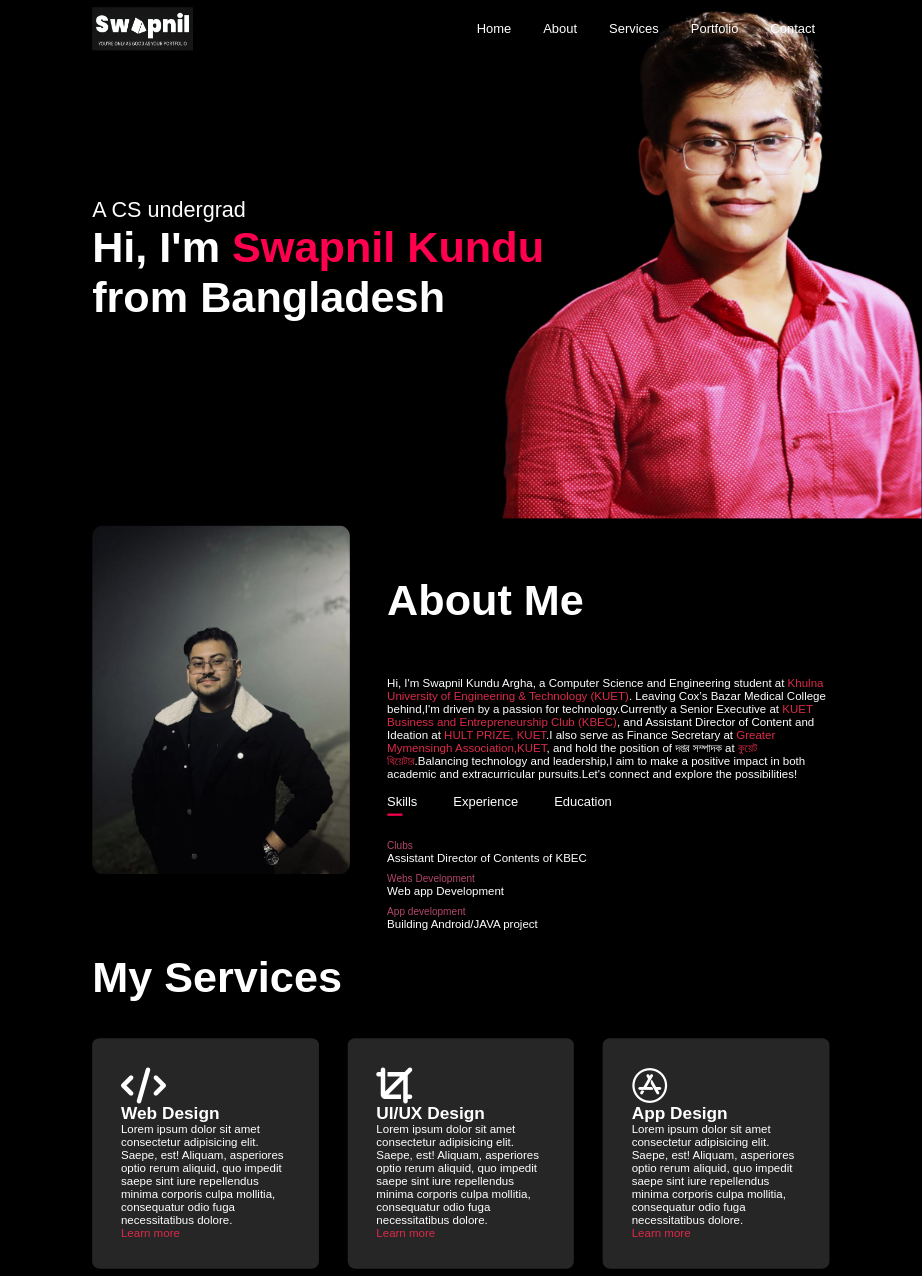
Repository: SwapnilKundu/portfolio
Page: index.html
An editor plug-in stored every save of this project. The page is shown before and after the next save, followed by the edit.
The browser window is 1280 px wide. The pictures show the whole page, at 72% of full size.
Some web libraries are served in a nearby version.

Above is the page before, as saved 2024-01-20 10:18:59.

### index.html
<!DOCTYPE html>
<html lang="en">
<head>
    <meta charset="UTF-8">
    <meta name="viewport" content="width=device-width, initial-scale=1.0">
    <title>Personal Portfolio Website</title>
    <link rel="stylesheet" href="style.css">
    <script src="https://kit.fontawesome.com/74456a4746.js" crossorigin="anonymous"></script>
</head>
<body>
  <div id="header">
    <div class="container">
        <nav>
            <img src="images/logo1.png" class="logo" width="40" height="60">
            <ul>
                <li><a href ="#">Home</a></li>
                <li><a href ="#">About</a></li>
                <li><a href ="#">Services</a></li>
                <li><a href ="#">Portfolio</a></li>
                <li><a href ="#">Contact</a></li>
            </ul>
        </nav>
        <div class="header-text">
            <p>A CS undergrad </p>
            <h1>Hi, I'm <span>Swapnil Kundu</span> <br> from Bangladesh</h1>
        </div>
    </div>
  </div>
  <div id="about">
    <div class="container">
        <div class="row">
            <div class="about-col-1">
                <img src="images/Aboutme4.jpg" alt="Profile Image">
            </div>
            <div class="about-col-2">
                <h1 class="sub-title"><br>About Me</h1>
                <p>
                    <br><br><br><br>Hi, I'm Swapnil Kundu Argha, a Computer Science and Engineering student at <a href="http://www.kuet.ac.bd/" target="_blank">Khulna University of Engineering & Technology (KUET)</a>. Leaving Cox’s Bazar Medical College behind,I'm driven by a passion for technology.Currently a Senior Executive at <a href="https://www.facebook.com/KBEC.official">KUET Business and Entrepreneurship Club (KBEC)</a>, and Assistant Director of Content and Ideation at <a href="https://scontent.fjsr8-1.fna.fbcdn.net/v/t39.30808-6/414475463_878653704262850_605489790676270348_n.jpg?_nc_cat=106&ccb=1-7&_nc_sid=dd5e9f&_nc_eui2=AeG7qaCzWQGluZMTMKWtrD6ipcnI0dawWuilycjR1rBa6PLkHzdtJERiOyrmRQaxy3TT_q5vz9qIQ5m4l8xfiGP6&_nc_ohc=qg8Pu4EAUVYAX9avaA_&_nc_ht=scontent.fjsr8-1.fna&oh=00_AfBZ6Lqa5248mqS64WxhR3KxGRhN1UCrqkgUgA0V5dsZlw&oe=65AF45DF">HULT PRIZE, KUET</a>.I also serve as Finance Secretary at <a href="#link-to-GMA">Greater Mymensingh Association,KUET</a>, and hold the position of দপ্তর সম্পাদক at <a href="#link-to-theater">কুয়েট থিয়েটার</a>.Balancing technology and leadership,I aim to make a positive impact in both academic and extracurricular pursuits.Let's connect and explore the possibilities!
                </p>

                <div class="tab-titles">
                    <p class="tab-links active" onclick="opentab('skills')">Skills</p>
                    <p class="tab-links" onclick="opentab('experience')">Experience</p>
                    <p class="tab-links"onclick="opentab('education')">Education</p>
            </div>
            <div class="tab-contents active-tab"id ="skills">
                <ul>
                    <li><span>Clubs</span><br>Assistant Director of Contents of KBEC</li>
                    <li><span>Webs Development</span><br>Web app Development</li>
                    <li><span>App development</span><br>Building Android/JAVA project</li>
                </ul>
            </div>
            <div class="tab-contents" id ="experience">
                <ul>
                    <li><span>2022-Current</span><br>An Active member of KBEC</li>
                    <li><span>2023-Semester 2.2</span><br>App Development by JAVA</li>
                    <li><span>2024-Semester 3.1</span><br>Web Development by HTML,CSS,JAVA</li>
                    <li><span>2022-Current</span><br>An Active member of KBEC</li>

                </ul>
            </div>

            <div class="tab-contents" id ="education">
                <ul>
                    <li><span>2018</span><br>SSC from Mymensingh Zilla School,Mymensingh</li>
                        <li><span>2020</span><br>HSC from Ananda Mohan College,Mymensingh</li>
                        <li><span>From March,2022</span><br>Currently studying BSc in CSE department</li>
                </ul>
            </div>
        </div>
    </div>
  </div>

  <div id="Services">
    <div class ="container">
    <h1 class="sub-title">My Services</h1>
    <div class ="services-list">

        <div>
            <i class="fa-solid fa-code"></i>
            <h2>
                Web Design
            </h2>
            <p>Lorem ipsum dolor sit amet consectetur adipisicing elit. Saepe, est! Aliquam, asperiores optio rerum aliquid, quo impedit saepe sint iure repellendus minima corporis culpa mollitia, consequatur odio fuga necessitatibus dolore.

            </p>
            <a href="#">Learn more</a>
        </div>
        <div>
            <i class="fa-solid fa-crop"></i>
            <h2>
                UI/UX Design
            </h2>
            <p>Lorem ipsum dolor sit amet consectetur adipisicing elit. Saepe, est! Aliquam, asperiores optio rerum aliquid, quo impedit saepe sint iure repellendus minima corporis culpa mollitia, consequatur odio fuga necessitatibus dolore.

            </p>
            <a href="#">Learn more</a>
        </div>
        <div>
            <i class="fa-brands fa-app-store"></i>
            <h2>

                App Design
            </h2>
            <p>Lorem ipsum dolor sit amet consectetur adipisicing elit. Saepe, est! Aliquam, asperiores optio rerum aliquid, quo impedit saepe sint iure repellendus minima corporis culpa mollitia, consequatur odio fuga necessitatibus dolore.

            </p>
            <a href="#">Learn more</a>
        </div>
        </div>
    </div>
  </div>
  <script>
    var tablinks = document.querySelectorAll(".tab-links");
    var tabcontents = document.querySelectorAll(".tab-contents");

    function opentab(tabname) {
        for (tablink of tablinks) {
            tablink.classList.remove("active-link");
        }

        for (tabcontent of tabcontents) {
            tabcontent.classList.remove("active-tab");
        }

        var activeTab = document.getElementById(tabname);
        activeTab.classList.add("active-tab");

        var activeLink = document.querySelector(`.tab-links[data-tab="${tabname}"]`);
        activeLink.classList.add("active-link");
    }
</script>

</body>
</html>

### style.css
*
{
    margin: 0;
    padding: 0;
    font-family: 'Poppins',sans-serif;
    box-sizing: border-box;
}

body
{
    background: #000;
    color: #fff;
}
#header
{
    width: 100%;
    height: 100vh;
    background-image: url(images/ccc2.png);
    background-size: cover;
    background-position: left;
    background-repeat: no-repeat;
    overflow: hidden;
}
.container
{
padding: 10px 10%;
}
nav{
    display: flex;
    align-items: center;
    justify-content: space-between;
    flex-wrap: wrap;
}
.logo{
    width: 140px;
}

nav ul li{
    display:inline-block;
    list-style: none;
    margin: 10px 20px;

}
nav ul li a{
    color: #fff;
    text-decoration:none ;
    font-size: 18px;
    position: relative;
}

nav ul li a::after
{
    content: '';
    width:0;
    height:3px;
    background:#ff004f;
    position: absolute;
    left: 0;
    bottom: -6px;
    transition: 0.5s;

}
nav ul li a:hover::after
{
    width:100%;
}
.header-text{
    margin-top: 20%;
    font-size: 30px;
}
.header-text h1
{
    font-size:60px;
}
.header-text h1 span
{
    color:#ff004f;
}

#about a {
    color: #db2a4a;
    text-decoration: none;
}

#about a:hover {
    color: #ababab;
}
.row
{
    display: flex;
    justify-content: space-between;
    flex-wrap: wrap;
}

.about-col-1{
    flex-basis:35%;
}
.about-col-1 img
{
    width: 100%;
    border-radius: 15px;
}

.about-col-2
{
    flex-basis: 60%;
}

.sub-title
{
    font-size:60px;
    font-weight:600;
    color:#fff;
}

.tab-titles {
    display: flex;
    margin: 20px 0 40px;
}

.tab-links {
    margin-right: 50px;
    font-size: 18px;
    font-weight: 500;
    cursor: pointer;
    position: relative;
    color: #fff;
    text-decoration: none;
    transition: color 0.5s;
}

.tab-links::after {
    content: '';
    width: 0;
    height: 3px;
    background: #ff004f;
    position: absolute;
    left: 0;
    bottom: -8px;
    transition: 0.5s;
}

.tab-links:hover {
    color: #ff004f; /* Change the color on hover */
}

.tab-links.active::after {
    width: 50%;
}
.tab-contents ul li
{
    list-style:none;
    margin:10px 0;
}
.tab-contents ul li span
{
    color:#b54769;
    font-size: 14px;
}
.tab-contents
{
    display: none;
}
.tab-contents.active-tab
{
    display: block;
}




#services-list
{

    padding :30px 0;
}
.services-list
{
    display:grid;
    grid-template-columns: repeat(auto-fit,minmax(250px, 1fr));
    grid-gap:40px;
    margin-top: 50px;
}
.services-list div{
    background:#262626;
    padding: 40px;
    font: size 13px;
    font-weight: 300;
    border-radius:10px;
}
.services-list div i
{
    font-size: 50px;
    margin-bottom: ;
}

After the next save:
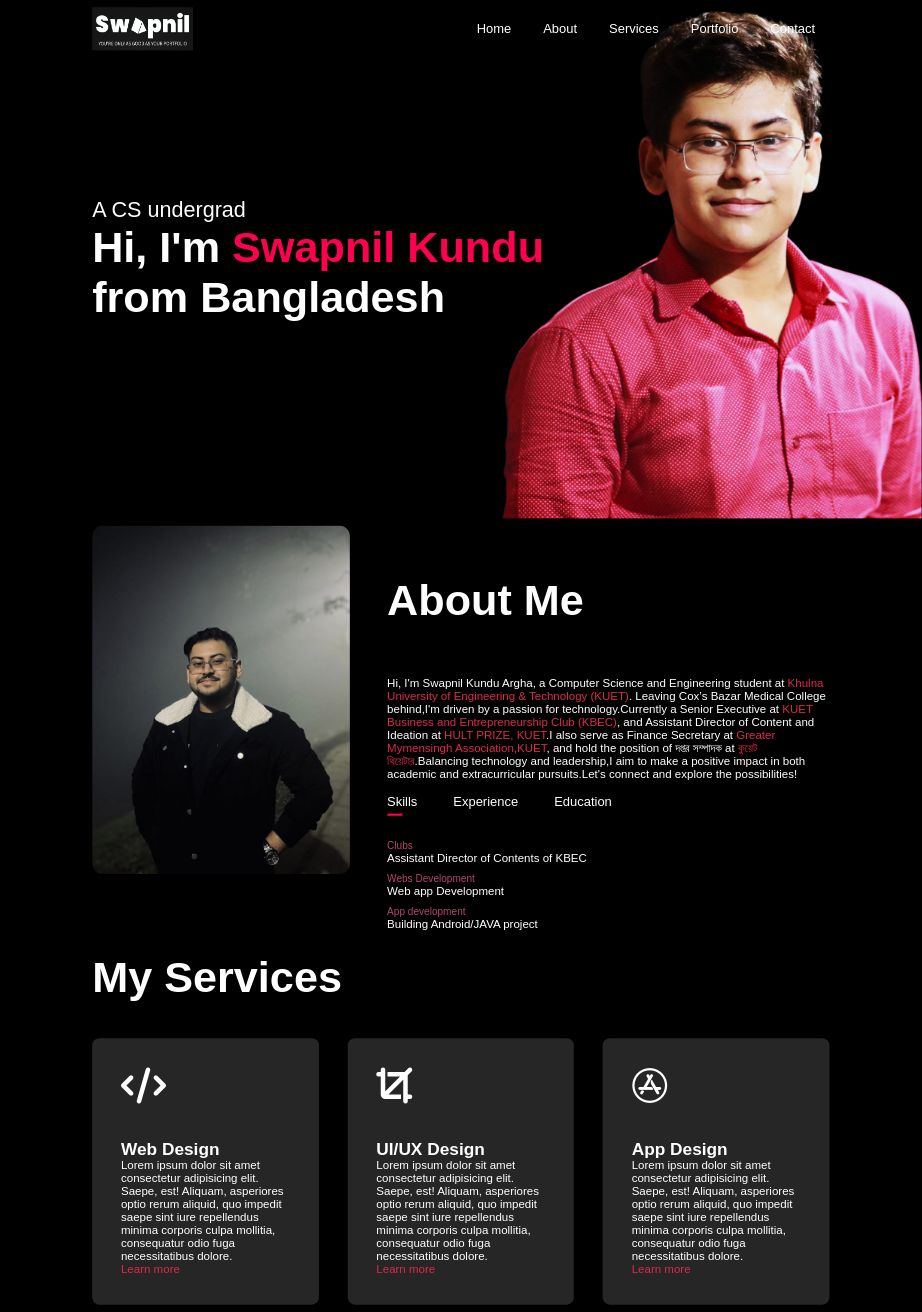
Saved 7 s later.
--- a/style.css
+++ b/style.css
@@ -191,5 +191,5 @@ nav ul li a:hover::after
 .services-list div i
 {
     font-size: 50px;
-    margin-bottom: ;
+    margin-bottom: 50px;
 }
